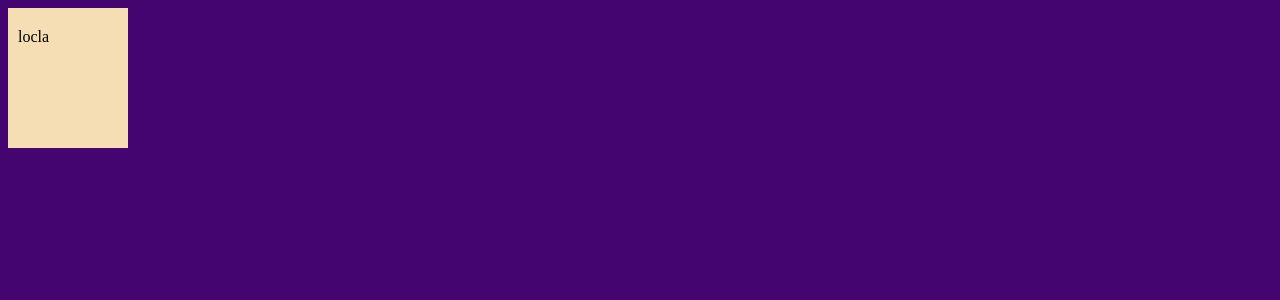
Repository: 16-Doffy/howtouse-htmlcss
Page: code_giaodien/index.html
The author's editor kept a copy of each file at every save. The page is drawn from the files as they stood at one save, then again after the next save.
The browser window is 1280 px wide. The pictures show the whole page.

Above is the page before, as saved 2024-12-18 21:49:22.

After the next save:
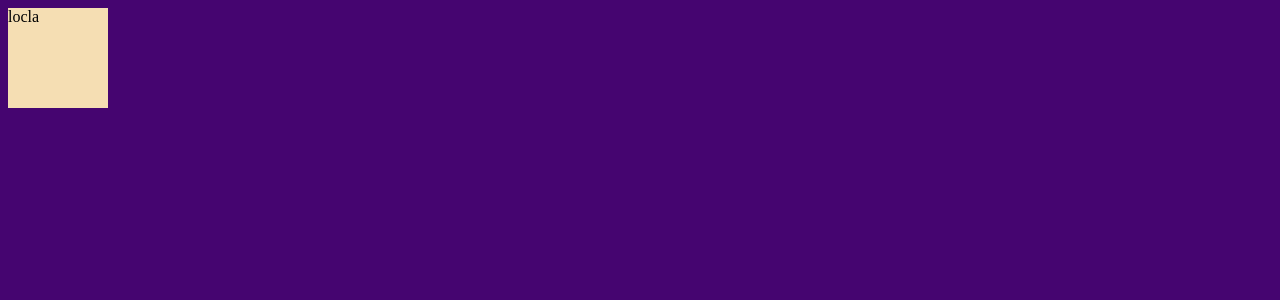
Saved 12 s later.
--- a/code_giaodien/styles.css
+++ b/code_giaodien/styles.css
@@ -29,6 +29,6 @@ body{
 
   /* margin-block:20px; */
   /* margin-block > top and bottom*/
-  padding-inline: 10px;
-  padding-block: 20px;
+  /* padding-inline: 10px;
+  padding-block: 20px; */
 }
